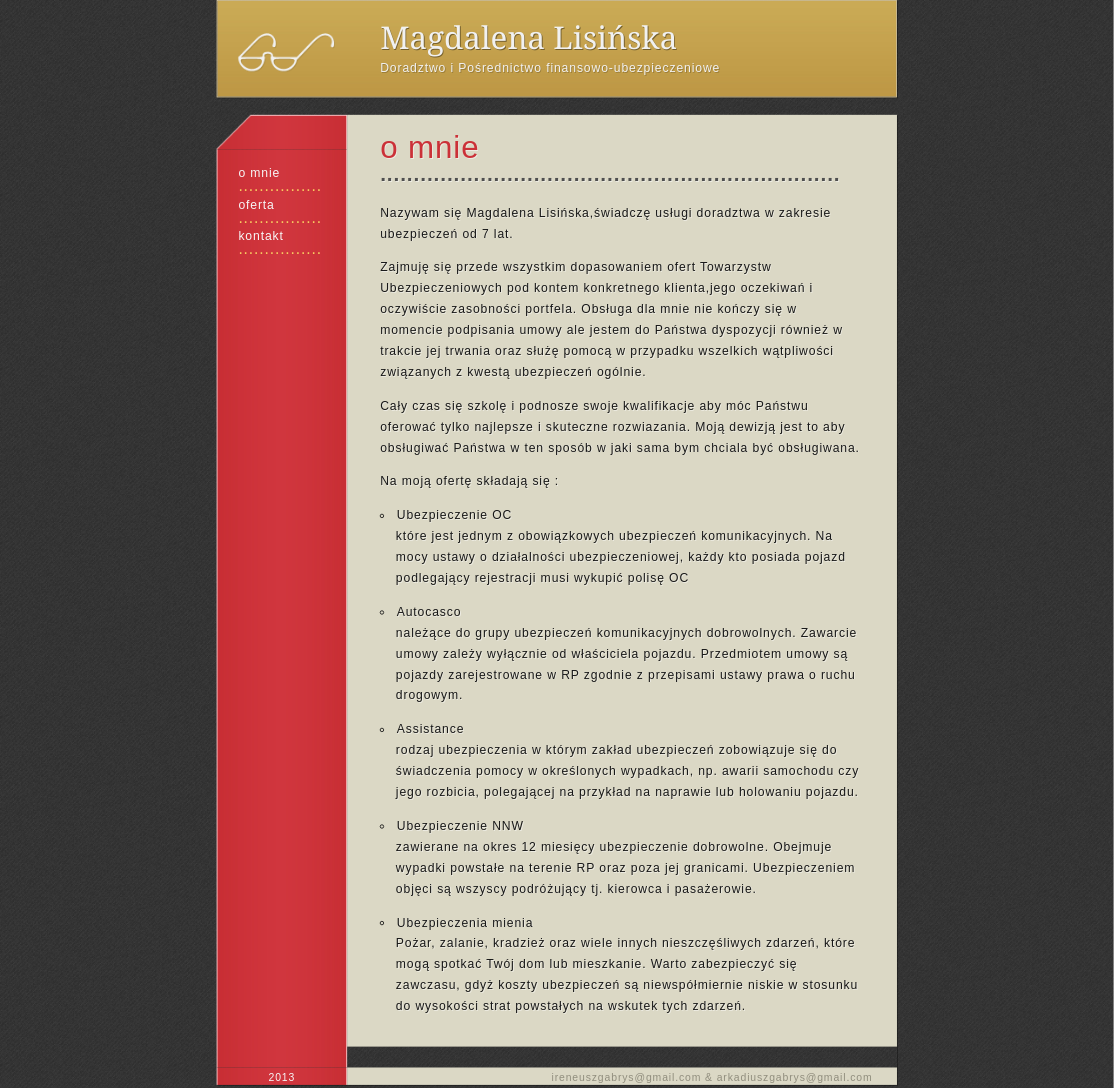
Repository: gabr/php_elicpse_workspace
Page: Magda Lisinska/index.html
These files come from the project's save history. The page is drawn as it stood at one moment and after the next save; the edit follows.
The browser window is 1280 px wide. The pictures show the whole page, at 87% of full size.

Above is the page before, as saved 2013-03-08 13:42:51.

### Magda Lisinska/index.html
<!DOCTYPE HTML>
<html>
<head>
<meta http-equiv="Content-Type" content="text/html; charset=utf-8">
<title>Magdalena Lisińska</title>
<!--
		<meta name="description" content="Add your sites description here">
		<meta name="keywords" content="Add,your,site,keywords,here">
		<link rel="icon" type="image/x-icon" href="../images/favicon.ico">
		-->
<link rel="stylesheet" type="text/css" href="css/reset.css"
  media="screen">
<link rel="stylesheet" type="text/css" href="css/style.css"
  media="screen">
<!-- <script src="js/jquery-1.9.1.js"></script>
        <script src="js/script.js"></script> -->
<!--[if lt IE 9]>
		<script src="js/html5shiv.js"></script>
		<![endif]-->
</head>

<body>
  <!-- head -->
  <div id="header">
    <a href="index.html" id="glasses"></a> <a href="index.html"
      id="header-title">
      <p id="title">Magdalena Lisińska</p>
      <p id="slogan">Doradztwo i Pośrednictwo
        finansowo-ubezpieczeniowe</p>
    </a>
    <div class="clear"></div>
  </div>

  <!-- body -->
  <div id="body">
    <!-- menu -->
    <div id="menu">
      <div id="menu-head"></div>
      <div id="menu-body" style="height: 1055px">
        <div id="menu-margin"></div>
        <ul>
          <li><a href="#">o mnie</a></li>
          <li class="line">................</li>
          <li><a href="#">oferta</a></li>
          <li class="line">................</li>
          <li><a href="kontakt.html">kontakt</a></li>
          <li class="line">................</li>
        </ul>
      </div>
    </div>
    <!-- content -->
    <div id="content">
      <div>
        <h1>o mnie</h1>
        <div class="line">.....................................................................</div>
        <p>Nazywam się Magdalena Lisińska,świadczę usługi doradztwa
          w zakresie ubezpieczeń od 7 lat.</p>
        <p>Zajmuję się przede wszystkim dopasowaniem ofert
          Towarzystw Ubezpieczeniowych pod kontem konkretnego
          klienta,jego oczekiwań i oczywiście zasobności portfela.
          Obsługa dla mnie nie kończy się w momencie podpisania umowy
          ale jestem do Państwa dyspozycji również w trakcie jej trwania
          oraz służę pomocą w przypadku wszelkich wątpliwości związanych
          z kwestą ubezpieczeń ogólnie.</p>
        <p>Cały czas się szkolę i podnosze swoje kwalifikacje aby
          móc Państwu oferować tylko najlepsze i skuteczne rozwiazania.
          Moją dewizją jest to aby obsługiwać Państwa w ten sposób w
          jaki sama bym chciala być obsługiwana.</p>
        <p>Na moją ofertę składają się :</p>
        <ul>
          <li>Ubezpieczenie OC
            <p>które jest jednym z obowiązkowych ubezpieczeń
              komunikacyjnych. Na mocy ustawy o działalności
              ubezpieczeniowej, każdy kto posiada pojazd podlegający
              rejestracji musi wykupić polisę OC</p>
          </li>
          <li>Autocasco
            <p>należące do grupy ubezpieczeń komunikacyjnych
              dobrowolnych. Zawarcie umowy zależy wyłącznie od
              właściciela pojazdu. Przedmiotem umowy są pojazdy
              zarejestrowane w RP zgodnie z przepisami ustawy prawa o
              ruchu drogowym.</p>
          </li>
          <li>Assistance
            <p>rodzaj ubezpieczenia w którym zakład ubezpieczeń
              zobowiązuje się do świadczenia pomocy w określonych
              wypadkach, np. awarii samochodu czy jego rozbicia,
              polegającej na przykład na naprawie lub holowaniu pojazdu.</p>
          </li>
          <li>Ubezpieczenie NNW
            <p>zawierane na okres 12 miesięcy ubezpieczenie
              dobrowolne. Obejmuje wypadki powstałe na terenie RP oraz
              poza jej granicami. Ubezpieczeniem objęci są wszyscy
              podróżujący tj. kierowca i pasażerowie.</p>
          </li>
          <li>Ubezpieczenia mienia
            <p>Pożar, zalanie, kradzież oraz wiele innych
              nieszczęśliwych zdarzeń, które mogą spotkać Twój dom lub
              mieszkanie. Warto zabezpieczyć się zawczasu, gdyż koszty
              ubezpieczeń są niewspółmiernie niskie w stosunku do
              wysokości strat powstałych na wskutek tych zdarzeń.</p>
          </li>
        </ul>
      </div>
    </div>
    <div class="clear"></div>

    <!-- footer -->
    <div id="footer">
      <div id="left-footer">
        <p>2013</p>
      </div>
      <div id="right-footer">
        <p>ireneuszgabrys@gmail.com &amp;
          arkadiuszgabrys@gmail.com&ensp;&ensp;&ensp;&ensp;</p>
      </div>
      <div class="clear"></div>
    </div>

  </div>

</body>
</html>

### Magda Lisinska/css/reset.css
/*
html5doctor.com Reset Stylesheet
v1.6.1
Last Updated: 2010-09-17
Author: Richard Clark - http://richclarkdesign.com
Twitter: @rich_clark
*/

html, body, div, span, object, iframe,
h1, h2, h3, h4, h5, h6, p, blockquote, pre,
abbr, address, cite, code,
del, dfn, em, img, ins, kbd, q, samp,
small, strong, sub, sup, var,
b, i,
dl, dt, dd, ol, ul, li,
fieldset, form, label, legend,
table, caption, tbody, tfoot, thead, tr, th, td,
article, aside, canvas, details, figcaption, figure,
footer, header, hgroup, menu, nav, section, summary,
time, mark, audio, video {
margin:0;
padding:0;
border:0;
outline:0;
font-size:100%;
vertical-align:baseline;
background:transparent;
}

body {line-height:1;}

article,aside,details,figcaption,figure,
footer,header,hgroup,menu,nav,section {
display:block; zoom:1;
}

nav ul {list-style:none;}

blockquote, q {quotes:none;}

blockquote:before, blockquote:after,
q:before, q:after {
content:'';
content:none;
}

a {
margin:0;
padding:0;
font-size:100%;
vertical-align:baseline;
background:transparent;
}

/* change colours to suit your needs */
ins {
background-color:#ff9;
color:#000;
text-decoration:none;
}

/* change colours to suit your needs */
mark {
background-color:#ff9;
color:#000;
font-style:italic;
font-weight:bold;
}

del {text-decoration: line-through;}

abbr[title], dfn[title] {
border-bottom:1px dotted;
cursor:help;
}

table {
border-collapse:collapse;
border-spacing:0;
}

/* change border colour to suit your needs */
hr {
display:block;
height:1px;
border:0;
border-top:1px solid #cccccc;
margin:1em 0;
padding:0;
}

input, select {
vertical-align:middle;
}

### Magda Lisinska/css/style.css
/*  Main  */
body {
  background: url(../images/background.png);
  color: #000;
  font-family: Arial, Helvetica, sans-serif;
  font-size: 14px;
  letter-spacing: 1px;
}

p {
  color: #181818;
  text-align: left;
  margin: 0px 0px 15px 0px;
  line-height: 24px;
}

a {
  color: #cb3138;
  text-decoration: none;
}

a:hover {
  text-decoration: underline;
}

h1 {
  margin: 20px 0px 0px 0px;
  font-size: 36px;
  color: #cb3138;
  font-weight: normal;
}

img {
  float: left;
  margin: 5px 10px 0px 0px;
  border: 1px solid #363636;
  box-shadow: 1px 1px 0px rgba(255, 255, 255, 0.5);
}

.line {
  -webkit-touch-callout: none;
  -webkit-user-select: none;
  -khtml-user-select: none;
  -moz-user-select: none;
  -ms-user-select: none;
  user-select: none;
}

.clear {
  clear: both;
}

/* Header */
#header {
  background: url(../images/header.jpg);
  width: 780px;
  height: 110px;
  margin: 0 auto;
  border: 1px solid #dbc89a;
  box-shadow: 1px 1px 0px rgba(0, 0, 0, 0.4)
}

#glasses {
  background: url(../images/glasses.png);
  width: 112px;
  height: 45px;
  margin: 37px 0px 0px 23px;
  display: block;
  outline: none;
  float: left;
}

#header-title {
  float: left;
  margin: 30px 0px 0px 52px;
  outline: none;
  text-decoration: none;
}

#title {
  margin: 0px 0px 0px 0px;
  color: #f1f1f1;
  text-shadow: 1px 1px 0px rgba(0, 0, 0, 0.4);
  font-family: Georgia, Times New Roman, Times;
  font-size: 36px;
  letter-spacing: 0px;
}

#slogan {
  color: #f1f1f1;
  text-shadow: 1px 1px 0px rgba(0, 0, 0, 0.2);
  margin: 11px 0px 0px 0px;
}

/* Body */
#body {
  margin: 0 auto;
  margin-top: 20px;
  width: 782px;
  box-shadow: 1px 1px 0px rgba(0, 0, 0, 0.4);
}

/* Menu */
#menu {
  float: left;
  width: 150px;
}

#menu-head {
  background: url(../images/menu_head.png);
  height: 40px;
}

#menu-body {
  background: url(../images/menu.jpg);
  min-height: 200px;
}

#menu-margin {
  height: 20px;
}

#menu-body ul {
  width: 100px;
  margin: 0 auto;
  list-style: none;
}

#menu-body a {
  color: #f7f7f7;
  text-decoration: none;
}

#menu-body li>a:hover {
  font-weight: bold;
}

#menu-body li.line {
  font-size: 18px;
  color: #f7cb61;
  margin: -1px 0px 5px 0px;
}

/* Content */
#content {
  float: left;
  width: 632px;
  min-height: 200px;
  background: #dbd8c5;
  text-shadow: 1px 1px 0px rgba(255, 255, 255, 0.5);
  padding-bottom: 20px;
}

#content>div {
  margin: 0px 38px 0px 38px;
}

#content .line {
  margin: 0px 0px 20px 0px;
  font-size: 24px;
  color: #4f4f4f;
  font-weight: bold;
}

#content ul {
  list-style-type: circle;
  list-style-position: inside;
}

#content ul li {
  text-decoration: none;
  font-family: Arial, Helvetica, sans-serif;
  font-size: 14px;
  letter-spacing: 1px;
  color: #181818;
  text-align: left;
  margin: 0px 0px 15px 0px;
  line-height: 24px;
}

#content ul li p {
  margin-left: 18px;
}

#content iframe {
  margin: 20px auto 2px auto;
}

#google-maps {
  float: right;
  margin-right: 6px;
}

/* Footer */
#footer {
  width: 782px;
}

#left-footer {
  background: url(../images/menu.jpg);
  width: 150px;
  height: 20px;
  float: left;
}

#left-footer p {
  color: #f7f7f7;
  text-align: center;
  font-size: 12px;
}

#right-footer {
  float: right;
  width: 632px;
  height: 20px;
  background: #dbd8c5;
}

#right-footer p {
  color: #918e7e;
  text-align: right;
  font-size: 12px;
}

After the next save:
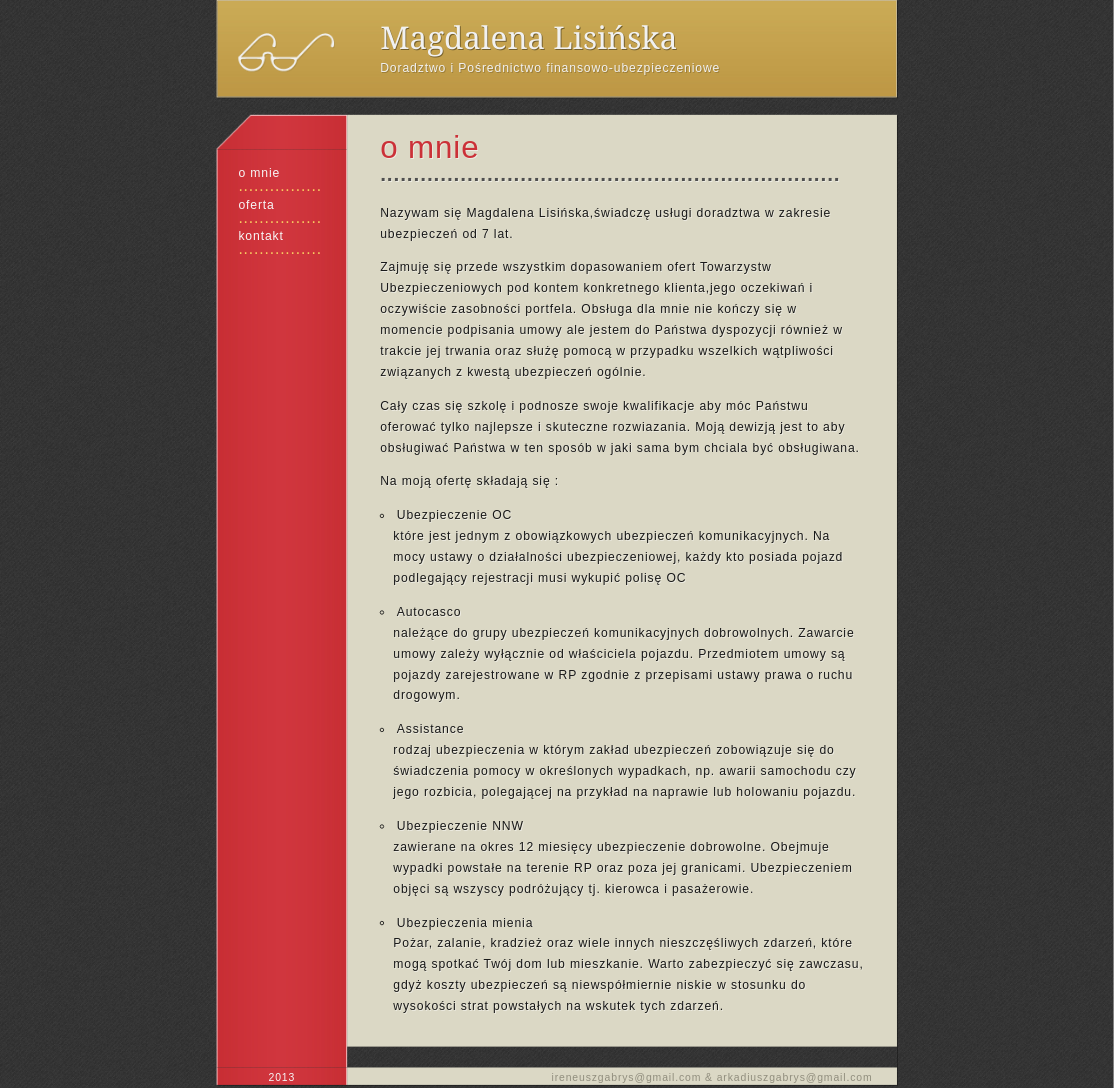
Saved 5 s later.
--- a/Magda Lisinska/css/style.css
+++ b/Magda Lisinska/css/style.css
@@ -179,7 +179,7 @@ img {
 }
 
 #content ul li p {
-  margin-left: 18px;
+  margin-left: 15px;
 }
 
 #content iframe {
